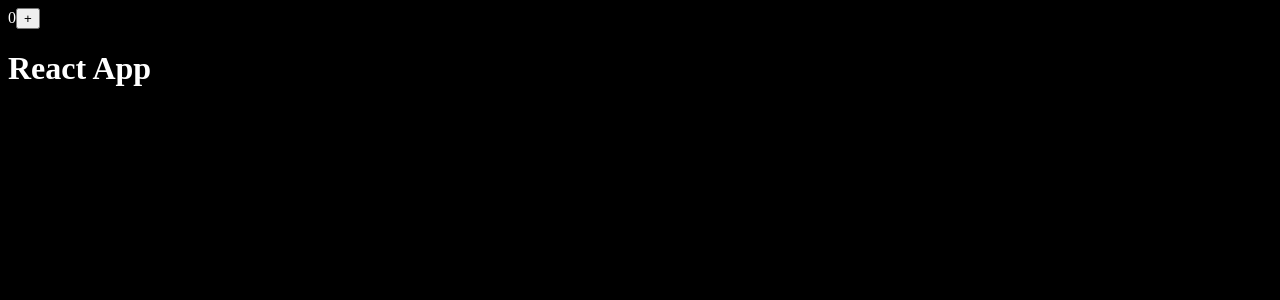
Repository: marianozamora/react-vitest
Page: /
The author's editor kept a copy of each file at every save. The page is drawn from the files as they stood at one save, then again after the next save.
The browser window is 1280 px wide. The pictures show the whole page.
The project was rebuilt for these pictures with package versions that can differ from the ones it lists, and the page was loaded fresh each time. Also part of the build but not shown: vite.config.ts, src/components/05-pages/Home.tsx, src/components/05-pages/About.tsx.

Above is the page before, as saved 2023-05-06 10:38:20.

### src/main.tsx
import React from 'react'
import ReactDOM from 'react-dom/client'
import App from './App.tsx'
import './index.css'

ReactDOM.createRoot(document.getElementById('root') as HTMLElement).render(
  <React.StrictMode>
    <App />
  </React.StrictMode>,
)

### src/App.tsx
import { useCounterStore } from "./store/counterStore";
import React from 'react'
import ReactDOM from 'react-dom/client'
import { Route, createBrowserRouter, createRoutesFromElements, RouterProvider } from 'react-router-dom';

import Home from './components/05-pages/Home'
import About from './components/05-pages/About'
//import './index.css'

const router = createBrowserRouter(
  createRoutesFromElements(
    <Route path="/" element={<div />}>
      <Route index element={<Home />} />
      <Route path="about" element={<About />} />
    </Route>
  )
)
//shallow to compare objects
function App({routes}:any) {
  const { count, increment } = useCounterStore();

  return (
    <div className="bg-red-500">
      {count}
      <button onClick={increment}>+</button>
      <header className="App-header">
        <h1>React App</h1>
      </header>
    </div>
  );
}
export default App;

### src/store/counterStore.ts
import {create} from 'zustand';

type CounterState = {
    count: number;
    increment: () => void;
    decrement: () => void;
};

export const useCounterStore = create<CounterState>((set) => ({
    count: 0,
    increment: () => set((state) => ({ count: state.count + 1 })),
    decrement: () => set((state) => ({ count: state.count - 1 })),
}));

Loaded but not shown: index.html (common file); src/index.css (common file)

After the next save:
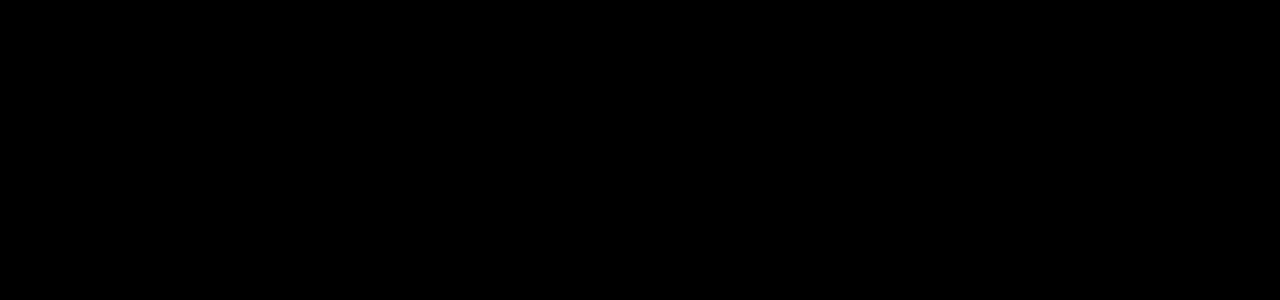
Saved 16 s later.
--- a/src/App.tsx
+++ b/src/App.tsx
@@ -20,13 +20,15 @@
   const { count, increment } = useCounterStore();
 
   return (
+    <RouterProvider router={router}>
     <div className="bg-red-500">
       {count}
       <button onClick={increment}>+</button>
       <header className="App-header">
         <h1>React App</h1>
       </header>
-    </div>
+      </div>
+    </RouterProvider>
   );
 }
 export default App;

After the 2 saves that followed:
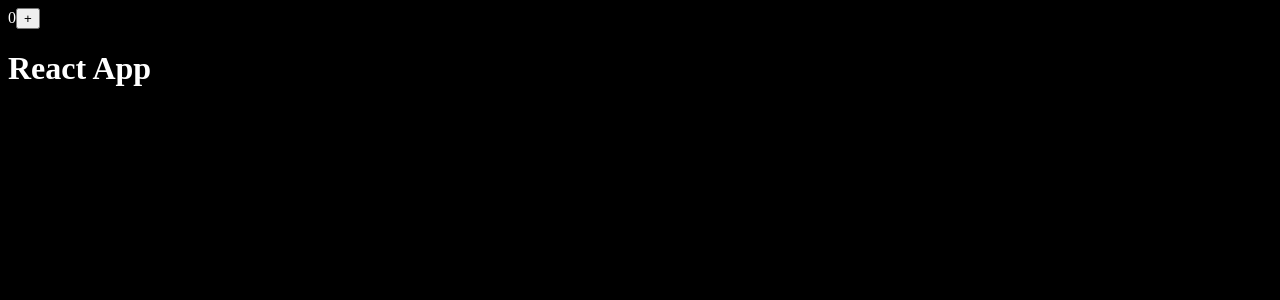
The 2 saves are shown as one change because 1 did not build or start.
The last was saved 105 s later.
--- a/src/App.tsx
+++ b/src/App.tsx
@@ -20,15 +20,14 @@
   const { count, increment } = useCounterStore();
 
   return (
-    <RouterProvider router={router}>
+
     <div className="bg-red-500">
       {count}
       <button onClick={increment}>+</button>
       <header className="App-header">
         <h1>React App</h1>
       </header>
-      </div>
-    </RouterProvider>
+    </div>
   );
 }
 export default App;
